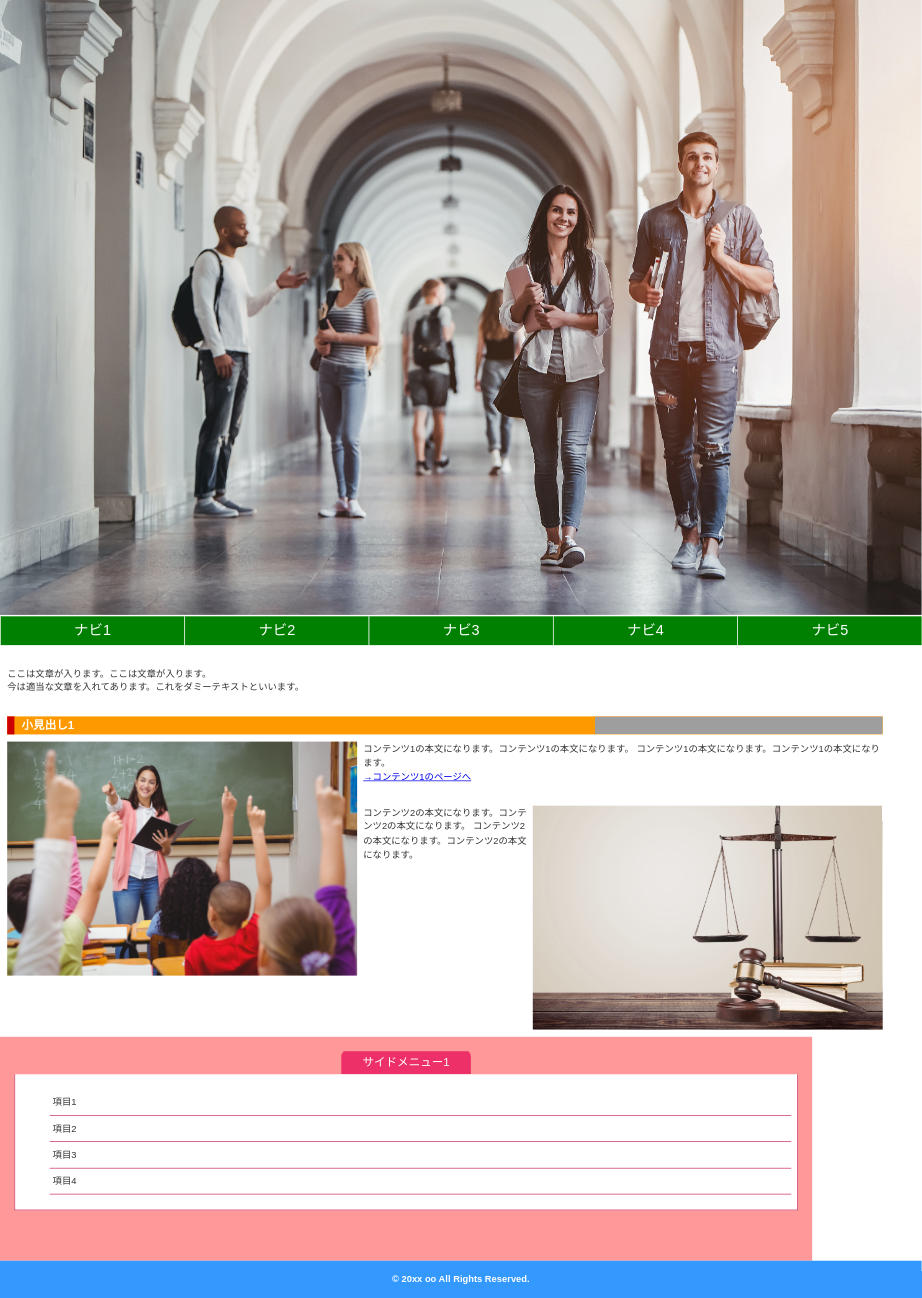
Repository: ootsukam/samurai_HTML-CSS
Page: home.html
The author's editor kept a record of every edit. The page is drawn from the files as they stood at one moment, then again after the next edit.
The browser window is 1280 px wide. The pictures show the whole page, at 72% of full size.
Pictures or frames that could not be fetched are drawn as grey boxes.

Above is the page before.

After the next edit:
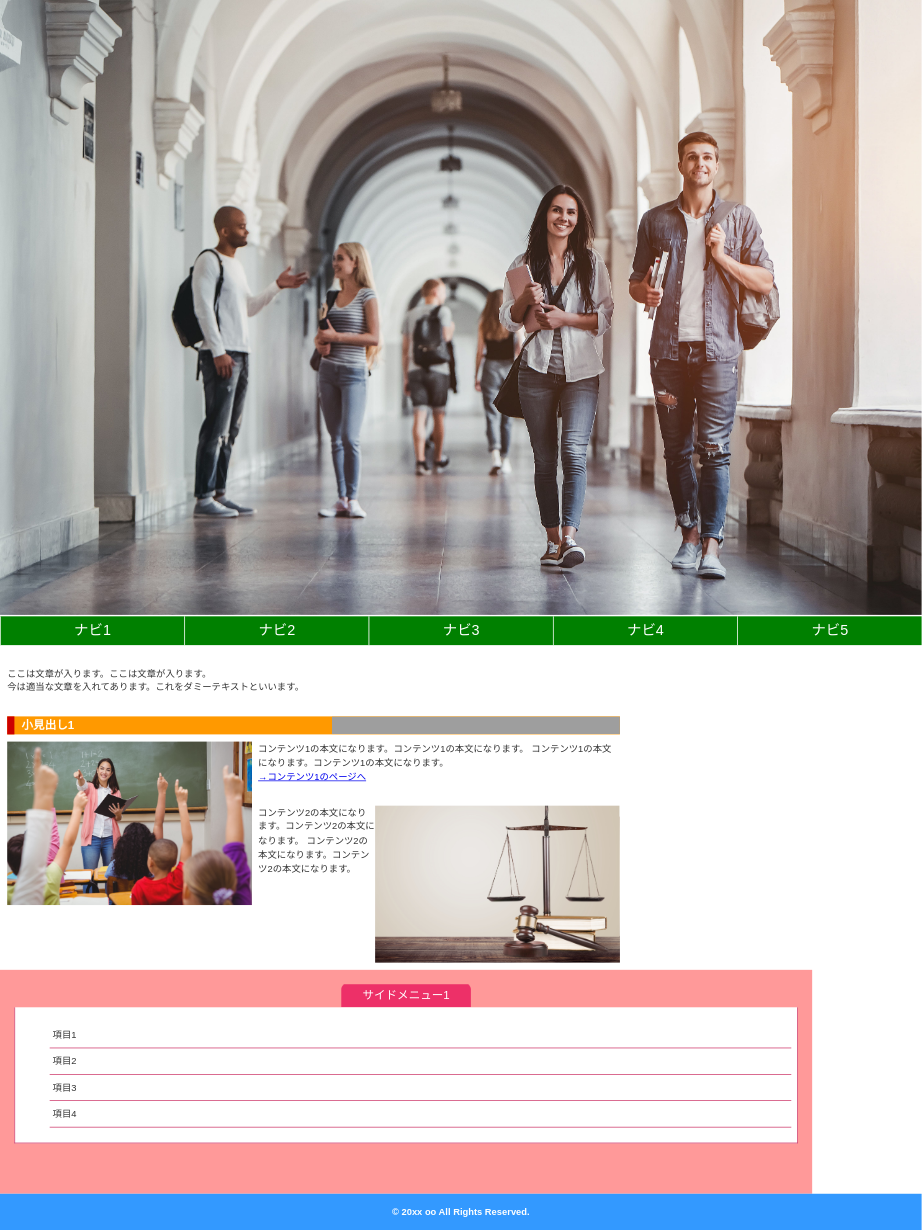
The edit:
--- a/stylesheet.css
+++ b/stylesheet.css
@@ -83,8 +83,9 @@
     padding-top: 20px;
     clear: both;
     display: grid;
-    grid-template-coloumns: 70vw 30vw
+    grid-template-columns: 70vw 30vw;
 }
+
 /* ----------main ----------*/
 #main {
     width: 95%;
